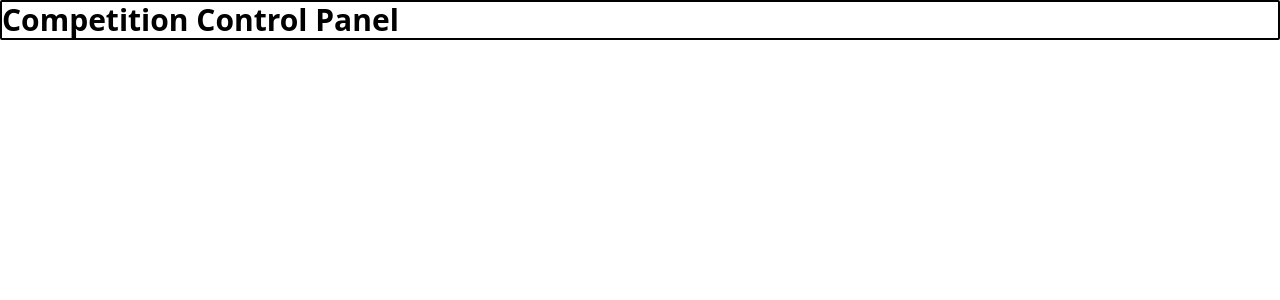
Repository: techieRahul17/blackoutscreen
Page: public/admin1.html
The author's editor kept a copy of each file at every save. The page is drawn from the files as they stood at one save, then again after the next save.
The browser window is 1280 px wide. The pictures show the whole page.
Some web libraries are served in a nearby version.

Above is the page before, as saved 2025-08-28 19:14:40.

After the next save:
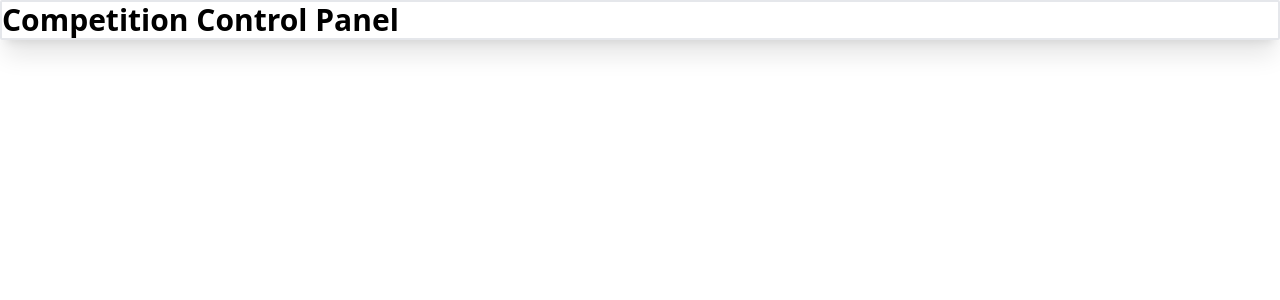
Saved 64 s later.
--- a/public/admin1.html
+++ b/public/admin1.html
@@ -4,7 +4,7 @@
     <title>Admin Page</title>
     <script src="https://cdn.tailwindcss.com"></script>
     <div>
-      <div class="w-200 h-30 rounded-sm border-2 border-black">
+      <div class="w-200 h-30 rounded-sm border-2 shadow-xl">
        <h1 class="text-3xl font-bold text-black">Competition Control Panel</h1>
 
 
